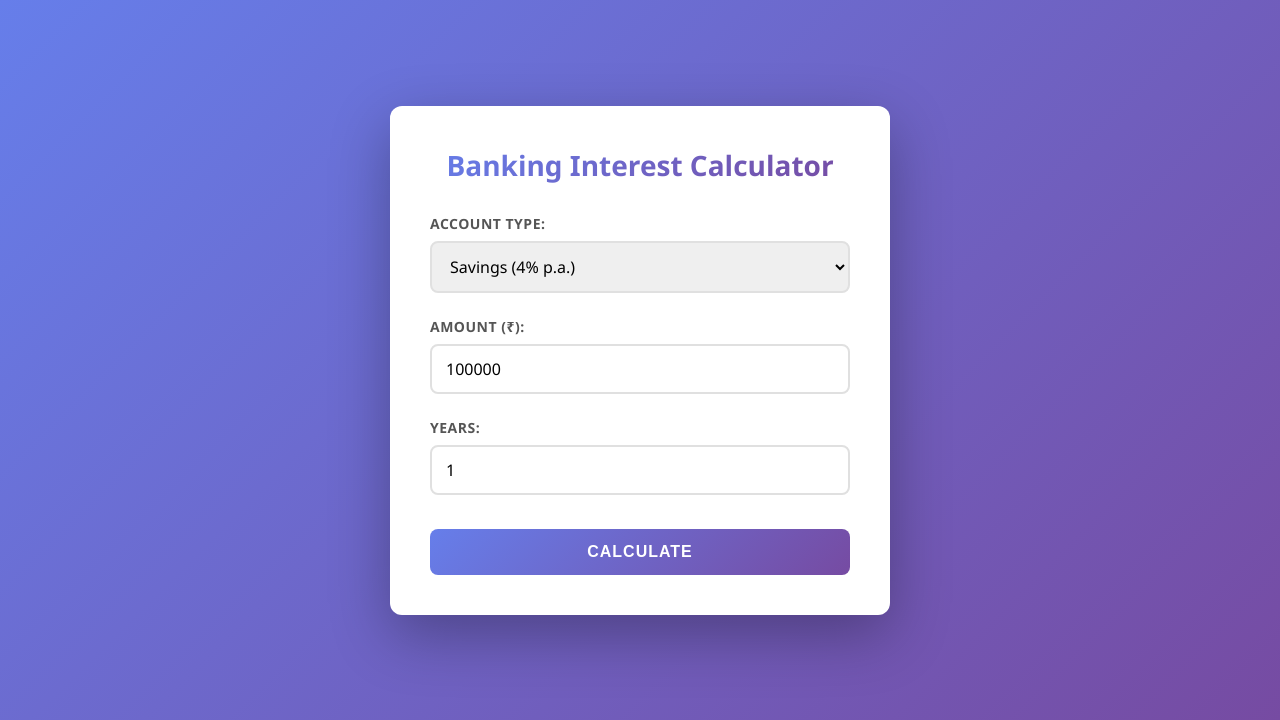
Repository: AdityaTech-Pro/FullStackWithBridgelabz
Page: JavaScript/Assignment1/Banking Interest Calculator/index.html
The author's editor kept a copy of each file at every save. The page is drawn from the files as they stood at one save, then again after a run of saves.
The browser window is 1280 px wide. The pictures show the whole page.

Above is the page before, as saved 2025-11-11 10:52:38.

### JavaScript/Assignment1/Banking Interest Calculator/index.html
<!doctype html>
<html lang="en">

<head>
    <meta charset="utf-8">
    <meta name="viewport" content="width=device-width,initial-scale=1">
    <title>Banking Interest Calculator</title>
    <style>
        * {
            margin: 0;
            padding: 0;
            box-sizing: border-box;
        }

        body {
            font-family: 'Segoe UI', Tahoma, Geneva, Verdana, sans-serif;
            background: linear-gradient(135deg, #667eea 0%, #764ba2 100%);
            min-height: 100vh;
            display: flex;
            justify-content: center;
            align-items: center;
            padding: 20px;
        }

        .container {
            background: white;
            border-radius: 12px;
            box-shadow: 0 20px 60px rgba(0, 0, 0, 0.3);
            padding: 40px;
            max-width: 500px;
            width: 100%;
        }

        h1 {
            color: #333;
            margin-bottom: 30px;
            text-align: center;
            font-size: 28px;
            background: linear-gradient(135deg, #667eea 0%, #764ba2 100%);
            -webkit-background-clip: text;
            -webkit-text-fill-color: transparent;
            background-clip: text;
        }

        .form-group {
            margin-bottom: 24px;
        }

        label {
            display: block;
            margin-bottom: 8px;
            font-weight: 600;
            color: #555;
            font-size: 14px;
            text-transform: uppercase;
            letter-spacing: 0.5px;
        }

        input,
        select {
            width: 100%;
            padding: 12px 14px;
            border: 2px solid #e0e0e0;
            border-radius: 8px;
            font-size: 16px;
            transition: all 0.3s ease;
            font-family: inherit;
        }

        input:focus,
        select:focus {
            outline: none;
            border-color: #667eea;
            box-shadow: 0 0 0 3px rgba(102, 126, 234, 0.1);
            transform: translateY(-2px);
        }

        input:hover,
        select:hover {
            border-color: #667eea;
        }

        button {
            width: 100%;
            padding: 14px;
            background: linear-gradient(135deg, #667eea 0%, #764ba2 100%);
            color: white;
            border: none;
            border-radius: 8px;
            font-size: 16px;
            font-weight: 700;
            cursor: pointer;
            transition: all 0.3s ease;
            text-transform: uppercase;
            letter-spacing: 1px;
            margin-top: 10px;
        }

        button:hover {
            transform: translateY(-3px);
            box-shadow: 0 10px 30px rgba(102, 126, 234, 0.4);
        }

        button:active {
            transform: translateY(-1px);
        }

        #result {
            margin-top: 30px;
            padding: 25px;
            background: linear-gradient(135deg, #f0f7ff 0%, #f5edff 100%);
            border-left: 6px solid #667eea;
            border-radius: 12px;
            font-weight: 600;
            color: #333;
            font-size: 15px;
            min-height: 80px;
            display: flex;
            align-items: center;
            justify-content: center;
            text-align: center;
            line-height: 1.8;
            box-shadow: 0 8px 20px rgba(102, 126, 234, 0.15);
            animation: slideIn 0.4s ease-out;
        }

        @keyframes slideIn {
            from {
                opacity: 0;
                transform: translateY(-10px);
            }
            to {
                opacity: 1;
                transform: translateY(0);
            }
        }

        #result div {
            margin: 8px 0;
        }

        #result strong {
            color: #667eea;
            font-weight: 700;
        }

        #result:empty {
            display: none;
        }

        .result-summary {
            border-top: 2px solid rgba(102, 126, 234, 0.3);
            margin-top: 15px;
            padding-top: 15px;
        }

        .final-amount {
            font-size: 22px !important;
            color: #667eea !important;
            font-weight: 700 !important;
            margin-top: 15px !important;
        }
    </style>
</head>

<body>
    <div class="container">
        <h1>Banking Interest Calculator</h1>

        <div class="form-group">
            <label for="accountType">Account Type:</label>
            <select id="accountType">
                <option value="savings">Savings (4% p.a.)</option>
                <option value="fixed">Fixed Deposit (6.5% p.a.)</option>
            </select>
        </div>

        <div class="form-group">
            <label for="amount">Amount (₹):</label>
            <input id="amount" type="number" step="0.01" value="100000" />
        </div>

        <div class="form-group">
            <label for="years">Years:</label>
            <input id="years" type="number" step="1" value="1" />
        </div>

        <button id="calc">Calculate</button>

        <div id="result" aria-live="polite"></div>
    </div>
    <!Output*/
    <script src="script.js">
    </script>
</body>

</html>

### JavaScript/Assignment1/Banking Interest Calculator/script.js
// Banking Interest Calculator
// This file provides a calculateTotal(accountType, amount, years) function
// and wires a small browser UI when running in a browser. When run under Node,
// it runs a couple of sample tests and prints results to console.

let accountType, amount, years;

function calculateTotal(accountTypeInput, amountInput, yearsInput) {
    // Use provided args or fallback to outer variables
    const acctRaw = (accountTypeInput ? ? accountType ? ? '').toString().trim().toLowerCase();
    const amountVal = Number(amountInput ? ? amount);
    const yearsVal = Number(yearsInput ? ? years);

    if (!acctRaw) throw new Error('accountType is required ("savings" or "fixed").');
    if (!isFinite(amountVal) || amountVal <= 0) throw new Error('amount must be a positive number.');
    if (!isFinite(yearsVal) || yearsVal <= 0) throw new Error('years must be a positive number.');

    // Determine base rate
    let rate;
    if (acctRaw === 'savings' || acctRaw === 'saving') rate = 4.0;
    else if (acctRaw === 'fixed' || acctRaw === 'fixed deposit' || acctRaw === 'fixed_deposit') rate = 6.5;
    else throw new Error('Unknown accountType. Use "savings" or "fixed" (or "fixed deposit").');

    // Bonus if amount > 100000
    if (amountVal > 100000) rate += 1.0; // +1% bonus

    const total = amountVal * Math.pow(1 + rate / 100, yearsVal);
    // Round to two decimals and return as number
    return Number(total.toFixed(2));
}

// Browser wiring: attach to DOM if present
if (typeof document !== 'undefined') {
    const btn = document.getElementById('calc');
    const result = document.getElementById('result');
    btn.addEventListener('click', () => {
        try {
            const acct = document.getElementById('accountType').value;
            const amt = Number(document.getElementById('amount').value);
            const yrs = Number(document.getElementById('years').value);

            // Calculate total and rate for detailed display
            const acctRaw = acct.toLowerCase();
            let baseRate = (acctRaw === 'savings') ? 4.0 : 6.5;
            let finalRate = baseRate;
            if (amt > 100000) finalRate += 1.0; // Bonus rate

            const total = calculateTotal(acct, amt, yrs);
            const interestEarned = total - amt;

            // Determine if bonus was applied
            const bonusApplied = amt > 100000 ? ' <span style="color: #27ae60; font-size: 13px;">(+ 1% bonus)</span>' : '';
            const acctType = (acctRaw === 'savings') ? 'Savings Account' : 'Fixed Deposit';

            // Display detailed result with enhanced styling
            result.innerHTML = `
                <div style="text-align: left; display: inline-block; width: 100%;">
                    <div>
                        <span style="display: inline-block; width: 140px;"><strong>📊 Account Type:</strong></span>
                        <span style="color: #764ba2;">${acctType}</span>
                    </div>
                    <div>
                        <span style="display: inline-block; width: 140px;"><strong>💰 Principal Amount:</strong></span>
                        <span style="color: #667eea;">₹ ${amt.toLocaleString('en-IN', {minimumFractionDigits: 2, maximumFractionDigits: 2})}</span>
                    </div>
                    <div>
                        <span style="display: inline-block; width: 140px;"><strong>📈 Interest Rate:</strong></span>
                        <span style="color: #667eea;">${finalRate.toFixed(2)}% p.a.${bonusApplied}</span>
                    </div>
                    <div>
                        <span style="display: inline-block; width: 140px;"><strong>⏱️ Time Period:</strong></span>
                        <span style="color: #667eea;">${yrs} year(s)</span>
                    </div>
                    <div class="result-summary">
                        <div style="margin: 8px 0;">
                            <span style="display: inline-block; width: 140px;"><strong>✅ Interest Earned:</strong></span>
                            <span style="color: #27ae60; font-weight: 700;">₹ ${interestEarned.toLocaleString('en-IN', {minimumFractionDigits: 2, maximumFractionDigits: 2})}</span>
                        </div>
                        <div class="final-amount" style="margin-top: 12px;">
                            <span style="display: inline-block; width: 140px;"><strong>🎯 Final Balance:</strong></span>
                            <span>₹ ${total.toLocaleString('en-IN', {minimumFractionDigits: 2, maximumFractionDigits: 2})}</span>
                        </div>
                    </div>
                </div>
            `;
        } catch (err) {
            result.innerHTML = `<div style="color: #e74c3c; font-weight: 700;">❌ Error: ${err.message}</div>`;
        }
    });
}

// Node/test runner
if (typeof window === 'undefined' && typeof module !== 'undefined') {
    // Run quick sample tests and print results
    const samples = [
        { accountType: 'savings', amount: 50000, years: 2 },
        { accountType: 'fixed', amount: 150000, years: 3 },
        { accountType: 'savings', amount: 120000, years: 5 }
    ];

    console.log('Running sample calculations for Banking Interest Calculator:');
    for (const s of samples) {
        try {
            const total = calculateTotal(s.accountType, s.amount, s.years);
            console.log(`- ${s.accountType} | ₹${s.amount} | ${s.years}yr -> ₹${total.toFixed(2)}`);
        } catch (err) {
            console.error('Error for sample:', s, err.message);
        }
    }

    // Export for other Node code if required
    module.exports = { calculateTotal };
}

After the next 3 saves:
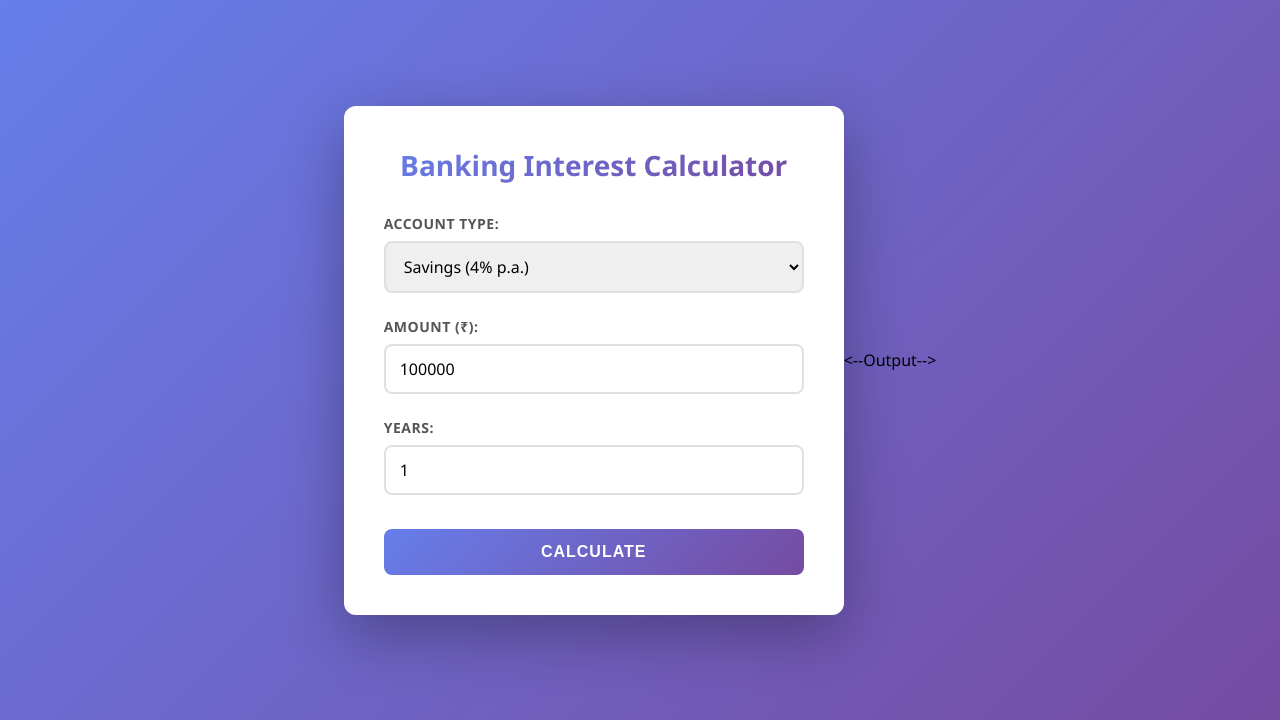
Console error: SyntaxError: Unexpected token '?'
The 3 saves are shown as one change because they came seconds apart.
The last was saved 13 s later.
--- a/JavaScript/Assignment1/Banking Interest Calculator/index.html
+++ b/JavaScript/Assignment1/Banking Interest Calculator/index.html
@@ -189,9 +189,9 @@
 
         <div id="result" aria-live="polite"></div>
     </div>
-    <!Output*/
-    <script src="script.js">
-    </script>
+    <--Output-->
+        <script src="script.js">
+        </script>
 </body>
 
 </html>

After the save that followed:
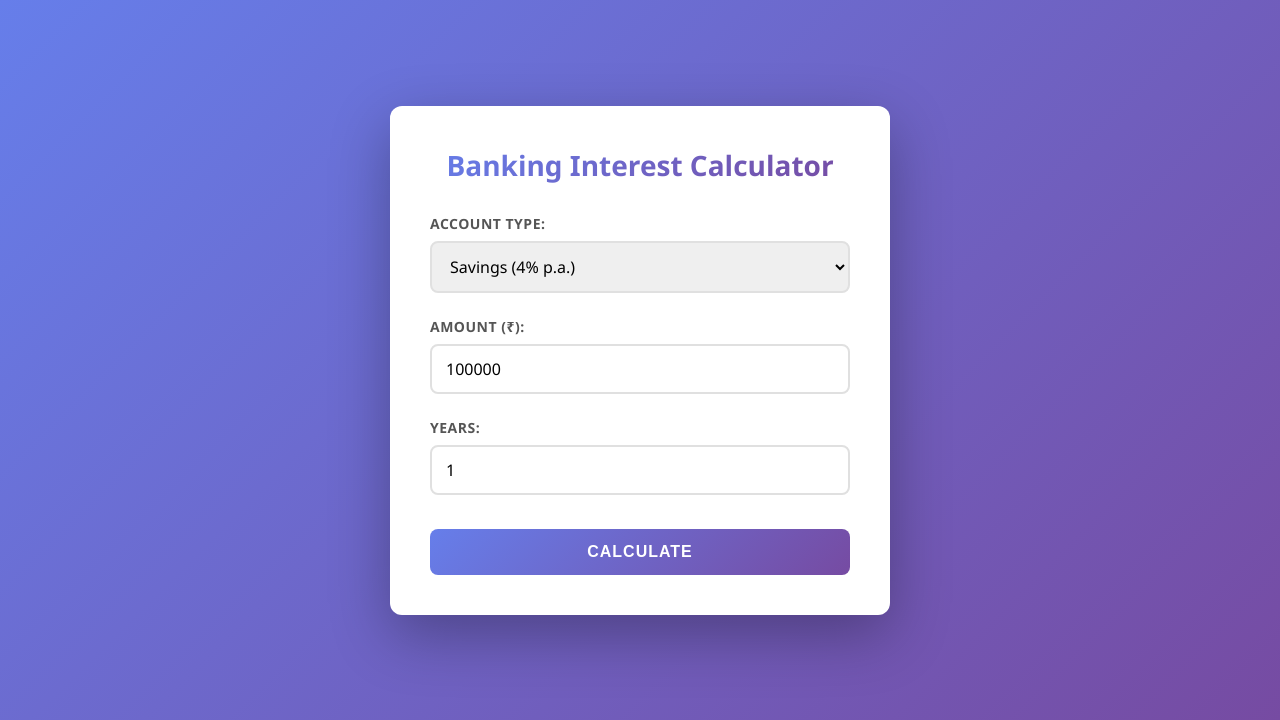
Saved 9 s later.
--- a/JavaScript/Assignment1/Banking Interest Calculator/index.html
+++ b/JavaScript/Assignment1/Banking Interest Calculator/index.html
@@ -189,9 +189,9 @@
 
         <div id="result" aria-live="polite"></div>
     </div>
-    <--Output-->
-        <script src="script.js">
-        </script>
+
+    <script src="script.js">
+    </script>
 </body>
 
 </html>
